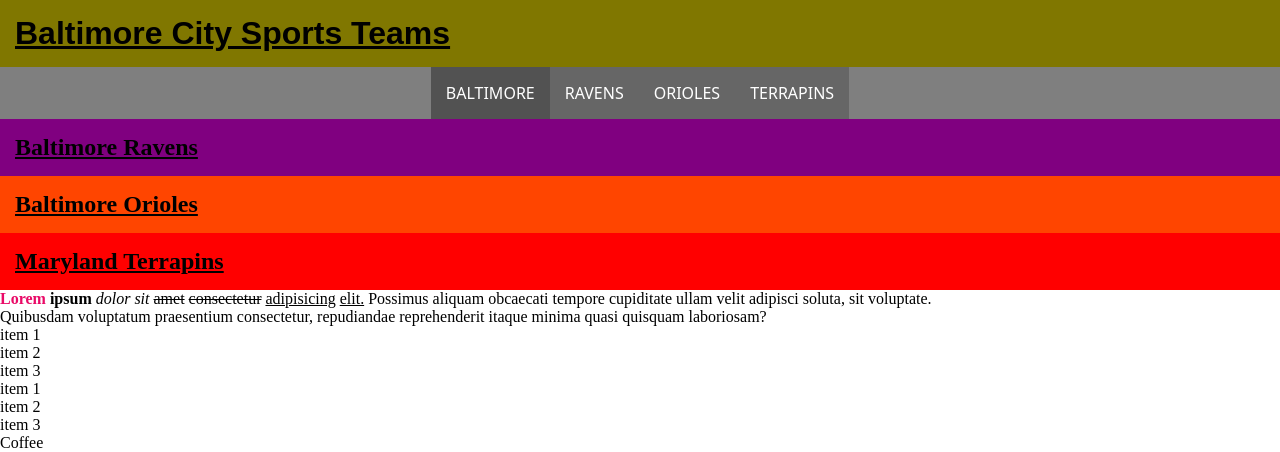
Repository: danilodscosta/CursoHTML
Page: index.html
An editor plug-in stored every save of this project. The page is shown before and after the next save, followed by the edit.
The browser window is 1280 px wide. The pictures show the part of the page from y = 0 to 452 px (the page is 1042 px tall).
The pointer rests on the first visible `nav a`.
A picture or video elsewhere on the page could not be fetched, so the positions and the page height are approximate.

Above is the page before, as saved 2023-10-25 18:28:18.

### index.html
<!DOCTYPE html>
<html lang="pt-BR">

<head>
    <meta charset="utf-8">
    <title>Baltimore</title>

    <style>
        * {
            margin: 0;
            padding: 0;
            box-sizing: border-box;
        }

        h1 {
            background: rgb(128, 119, 0);
            margin-left: center;
            margin-right: center;
        }

        p {
            color: rgb(0, 0, 0);
        }

        #titulo-1 {
            font-family: sans-serif;
            padding-top: 15px;
            padding-left: 15px;
            padding-bottom: 15px;
            padding-right: 15px;
        }

        #ravens {
            background: purple;
            color: black;
            padding: 15px;
        }

        #orioles {
            background: orangered;
            color: black;
            padding: 15px;
        }

        #terps {
            background: red;
            color: black;
            padding: 15px;
        }

        a.text:link {
            color: #000000;
        }

        a.text:visited {
            color: #000000;
        }

        a.text:hover {
            color: #1f0074;
        }

        .bold {
            color: rgb(233, 10, 103);
        }

        .lamar-photo {
            width: 200px;
        }

        .section-one,
        .section-two {
            box-sizing: border-box;
        }

        .section-one {
            width: 200px;
            height: 150px;
            background-color: deeppink;
            background-position: center center;
            background-size: cover;
            background-image: url(https://www.patriotwood.com/cdn/shop/products/Ravens1.JPG?v=1538356410);
            border: 5px solid black;
            padding: 15px;
            color: #fff;
            margin: 20px;
        }

        .section-two {
            background: deepskyblue;
            width: 200px;
            height: 150px;
            border-width: 10px;
            border-style: solid;
            border-bottom-color: blue;
            border-top-color: red;
            border-left-color: yellow;
            border-right-color: green;
            padding: 15px;
            color: #fff;
            margin: 20px;
        }

        nav {
            background-color: rgba(0, 0, 0, 0.5);
        }

        nav {
            display: flex;
            align-items: center;
            justify-content: center;
        }

        nav a {
            color: #ffffff;
            text-decoration: none;
            padding: 15px;
            display: block;
            text-transform: uppercase;
            font-family: system-ui, -apple-system, BlinkMacSystemFont, 'Segoe UI', Roboto, Oxygen, Ubuntu, Cantarell, 'Open Sans', 'Helvetica Neue', sans-serif;
        }

        nav ul {
            display: flex;
            list-style-type: none;
            background: rgba(0, 0, 0, 0.2);
        }

        nav a:hover {
            background: rgba(0, 0, 0, 0.2);
        }
        .ravenst {
            background-color: purple;
        }

        /* # antes de id
           . antes de class  */
    </style>
</head>

<body>
    <h1 id="titulo-1">
        <!--id e class são identificadores, sendo id > class, o vscode priorizará o id-->
        <a href="https://www.baltimorecity.gov/" class="text" target="_blank">Baltimore City Sports Teams</a>
    </h1>
    <nav>
        <ul>
            <li><a class="ravenst" href="https://www.baltimorecity.gov/" target="_blank">baltimore</a></li>
            <li><a href="#">ravens</a></li>
            <li><a href="#">orioles</a></li>
            <li><a href="#">Terrapins</a></li>
        </ul>
    </nav>
    <h2 id="ravens">
        <a href="https://www.baltimoreravens.com/" class="text" target="_blank">Baltimore Ravens</a>
    </h2>
    <h2 id="orioles">
        <a href="https://www.mlb.com/orioles" class="text" target="_blank">Baltimore Orioles</a>
    </h2>
    <h2 id="terps">
        <a href="https://umterps.com/" class="text" target="_blank">Maryland Terrapins</a>
    </h2>

    <!-- h1 > h6 importancia na semantica -->
    <p>
        <b class="bold">Lorem</b> <strong>ipsum</strong> <i>dolor</i> <em>sit</em> <del>amet</del>
        <s>consectetur</s> <ins>adipisicing</ins> <u>elit.</u> Possimus aliquam obcaecati tempore cupiditate
        ullam velit adipisci soluta, sit voluptate.<br>
        Quibusdam voluptatum praesentium consectetur, repudiandae reprehenderit
        itaque minima quasi quisquam laboriosam?
    </p>
    <!-- as tags: b, i, s, u são tags "fisicas",
    já as tags: strong, em, del, ins são tags "semânticas"
    <br> = quebra de linha -->

    <ul>
        <li>item 1</li>
        <li>item 2</li>
        <li>item 3</li>
    </ul>

    <ol type="A">
        <li>item 1</li>
        <li>item 2</li>
        <li>item 3</li>
    </ol>

    <dl>
        <dt>Coffee</dt>
        <dd>black hot drink</dd>
    </dl>

    <hr>
    <p><a href="https://github.com/danilodscosta" target="_blank">GitHub</a>

        <a href="https://www.espn.com.br/nfl/jogador/_/id/3916387/lamar-jackson" target="_blank">
            <img class="lamar-photo"
                src="https://s2.glbimg.com/Ic0P2IRxEOcNXZfRlZgY5ee0my0=/0x0:1024x683/924x0/smart/filters:strip_icc()/i.s3.glbimg.com/v1/AUTH_bc8228b6673f488aa253bbcb03c80ec5/internal_photos/bs/2020/l/h/gBwkcLS4GNRl9JhqhbvA/gettyimages-1193646827.jpg"
                alt="Lamar Jackson"></a>
    </p>

    <blockquote>QB1.</blockquote>
    <section class="section-one">baltimore ranves shield</section>
    <section class="section-two">2</section>
    <hr>
    <div>Eu sou um bloco</div>
    <footer>teste</footer>
</body>

</html>

After the next save:
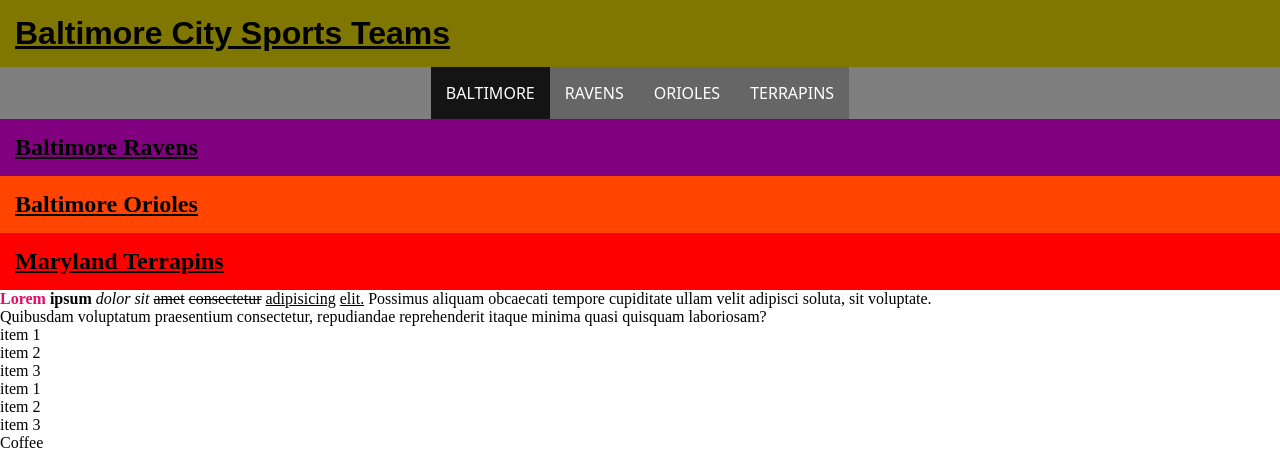
Saved 18 s later.
--- a/index.html
+++ b/index.html
@@ -127,7 +127,7 @@
         }
 
         nav a:hover {
-            background: rgba(0, 0, 0, 0.2);
+            background: rgba(0, 0, 0, 0.8);
         }
         .ravenst {
             background-color: purple;
